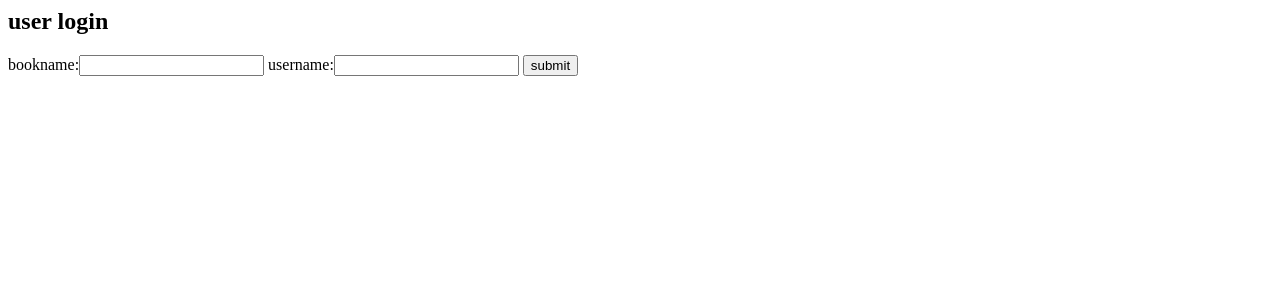
Repository: figo645/NewGenerationOA
Page: http://localhost/mavenweb/users/login.jsp
The author's editor kept a copy of each file at every save. The page is drawn from the files as they stood at one save, then again after the next save.
The browser window is 1280 px wide. The pictures show the whole page.
The page is served by Tomcat 9. Nobody is signed in. The application's start-up code is not run. Other server files are loaded and not shown.

Above is the page before, as saved 2015-09-17 17:46:54.

### 3.implementtation/prototype_ws/mavenweb/src/main/webapp/users/login.jsp
<html>
<body>
	<h2>user login</h2>
	<form method="post"
		action="<%=request.getContextPath()%>/users/login">
		bookname:<input type="text" name="username" id="username"> username:<input
			type="password" name="password" id="password"> <input type="submit"
			value="submit">
	</form>
</body>
</html>

After the next save:
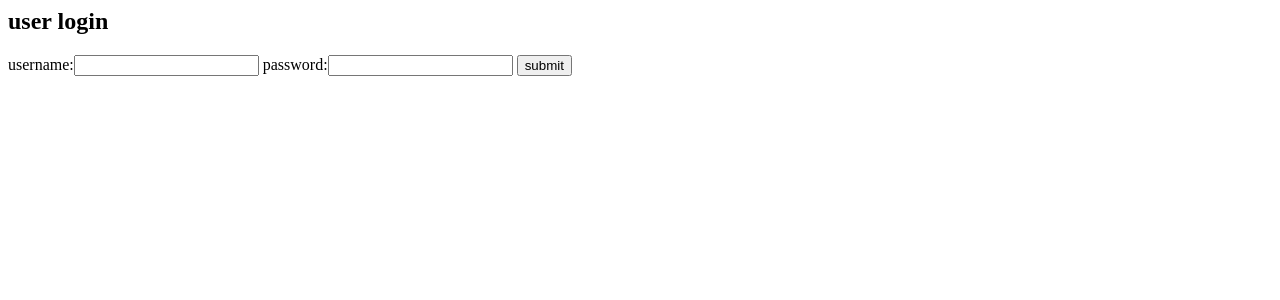
Saved 11 s later.
--- a/3.implementtation/prototype_ws/mavenweb/src/main/webapp/users/login.jsp
+++ b/3.implementtation/prototype_ws/mavenweb/src/main/webapp/users/login.jsp
@@ -3,7 +3,7 @@
 	<h2>user login</h2>
 	<form method="post"
 		action="<%=request.getContextPath()%>/users/login">
-		bookname:<input type="text" name="username" id="username"> username:<input
+		username:<input type="text" name="username" id="username"> password:<input
 			type="password" name="password" id="password"> <input type="submit"
 			value="submit">
 	</form>
